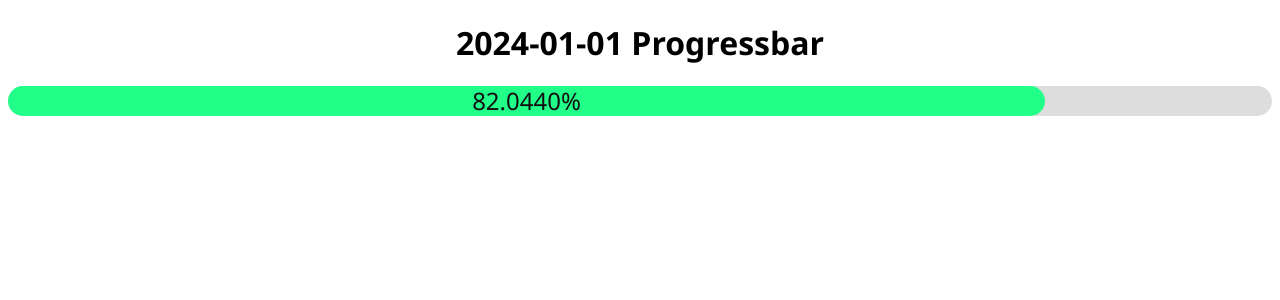
Repository: end888160/end888160.github.io
Page: progress_today.html
The author's editor kept a copy of each file at every save. The page is drawn from the files as they stood at one save, then again after the next save.
The browser window is 1280 px wide. The pictures show the whole page.

Above is the page before, as saved 2024-09-22 23:49:59.

### progress_today.html
<!DOCTYPE html>
<html>
	<title>Progressbar of today</title>
<style>
	html {
		font-family: 'Segoe UI', Tahoma, Geneva, Verdana, sans-serif;
	}
#countDownProgress {
	width: 100%;
	background-color: #ddd;
	border-radius: 1cm;
}

#countDownBar {
	width: 0%;
	height: 30px;
	background-color: #2f8;
	text-align: center;
	line-height: 30px;
	color: #111;
	border-radius:1cm;
	font-size: x-large;
	cursor: wait;
	transition:ease-out 0.33s;

}
	@media (prefers-color-scheme: dark) {
		#countDownProgress {
			background-color: #333;
		}
		#countDownBar {
			background-color: #496;
			color: #ddd;

		}
		html {
			color: #ddd;
			background-color: #222;
		}
	}
	@media only screen and (orientation: portrait) {
		#countDownBar {
			height: 50px;
			font-size: xx-large;
			padding-top: 2%;
		}
		#countDownBar2 {
			height: 60px;
			font-size: xx-large;
		}
	}
	@media only screen and (orientation: portrait) {
		.countDownBar {
			height: 50px;
			font-size: xx-large;
			padding-top: 2%;
		}
		h1 {
			font-size: 8vw;
		}
		h2 {
			font-size: 6vw;
		}
	}
</style>
<body>

<h1 id="caption" style="text-align: center;"></h1>

<div id="countDownProgress">
	<div id="countDownBar"></div>
</div>

<br>

<script>
	var i=0
function progress() {
	if (i == 0) {
		i = 1;
		var elem = document.getElementById("countDownBar");
		var width = 0;
		function frame() {
			var today = new Date();
			var year = today.getFullYear();
			var months = today.getMonth() + 1;
			var days = today.getDate();
			var month = months < 10 ? "0" + months : months;
			var day = days < 10 ? "0" + days : days;


			var empty = (new Date().getHours() * 3600000 + new Date().getMinutes() * 60000 + new Date().getSeconds() * 1000 + new Date().getMilliseconds())
			var full = 864000

			if (( empty / full ) >= 100) {
				clearInterval(id);
				i = 0;
			} else {
				document.getElementById("caption").innerHTML = year + "-" + month + "-" + day + " Progressbar";
				elem.style.width = ( empty / full ).toFixed(4) + "%";
				elem.innerHTML = ( empty / full ).toFixed(4)  + "%";
			}
		}

	setInterval(frame, 50);
	}

}
function count() {
	progress();
	setTimeout(count, 1)
}

count()
</script>

</body>
</html>

After the next save:
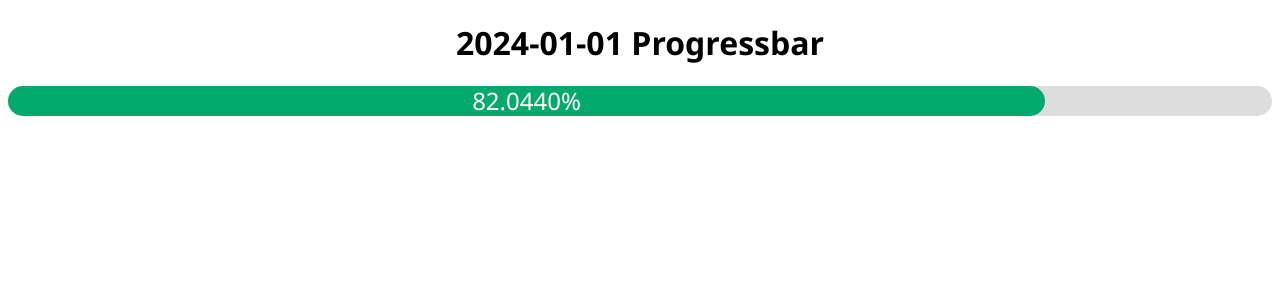
Saved 10 min 7 s later.
--- a/progress_today.html
+++ b/progress_today.html
@@ -1,74 +1,32 @@
 <!DOCTYPE html>
 <html>
-	<title>Progressbar of today</title>
 <style>
 	html {
 		font-family: 'Segoe UI', Tahoma, Geneva, Verdana, sans-serif;
 	}
 #countDownProgress {
-	width: 100%;
-	background-color: #ddd;
-	border-radius: 1cm;
+  width: 100%;
+  background-color: #ddd;
+  border-radius: 1cm;
 }
 
 #countDownBar {
-	width: 0%;
-	height: 30px;
-	background-color: #2f8;
-	text-align: center;
-	line-height: 30px;
-	color: #111;
-	border-radius:1cm;
-	font-size: x-large;
-	cursor: wait;
-	transition:ease-out 0.33s;
-
+  width: 10%;
+  height: 30px;
+  background-color: #04AA6D;
+  text-align: center;
+  line-height: 30px;
+  color: white;
+  border-radius:1cm;
+  font-size: x-large;
 }
-	@media (prefers-color-scheme: dark) {
-		#countDownProgress {
-			background-color: #333;
-		}
-		#countDownBar {
-			background-color: #496;
-			color: #ddd;
-
-		}
-		html {
-			color: #ddd;
-			background-color: #222;
-		}
-	}
-	@media only screen and (orientation: portrait) {
-		#countDownBar {
-			height: 50px;
-			font-size: xx-large;
-			padding-top: 2%;
-		}
-		#countDownBar2 {
-			height: 60px;
-			font-size: xx-large;
-		}
-	}
-	@media only screen and (orientation: portrait) {
-		.countDownBar {
-			height: 50px;
-			font-size: xx-large;
-			padding-top: 2%;
-		}
-		h1 {
-			font-size: 8vw;
-		}
-		h2 {
-			font-size: 6vw;
-		}
-	}
 </style>
 <body>
 
 <h1 id="caption" style="text-align: center;"></h1>
 
 <div id="countDownProgress">
-	<div id="countDownBar"></div>
+  <div id="countDownBar"></div>
 </div>
 
 <br>
@@ -76,39 +34,30 @@
 <script>
 	var i=0
 function progress() {
-	if (i == 0) {
-		i = 1;
-		var elem = document.getElementById("countDownBar");
-		var width = 0;
-		function frame() {
-			var today = new Date();
-			var year = today.getFullYear();
-			var months = today.getMonth() + 1;
-			var days = today.getDate();
-			var month = months < 10 ? "0" + months : months;
-			var day = days < 10 ? "0" + days : days;
-
-
-			var empty = (new Date().getHours() * 3600000 + new Date().getMinutes() * 60000 + new Date().getSeconds() * 1000 + new Date().getMilliseconds())
-			var full = 864000
-
-			if (( empty / full ) >= 100) {
-				clearInterval(id);
-				i = 0;
-			} else {
-				document.getElementById("caption").innerHTML = year + "-" + month + "-" + day + " Progressbar";
-				elem.style.width = ( empty / full ).toFixed(4) + "%";
-				elem.innerHTML = ( empty / full ).toFixed(4)  + "%";
-			}
-		}
+	var countDownTarget = new Date().getFullYear() + 1;
+  if (i == 0) {
+    i = 1;
+    var elem = document.getElementById("countDownBar");
+    var width = 0;
+    function frame() {
+      document.getElementById("caption").innerHTML = new Date().getFullYear() + "-" + ((new Date().getMonth()+1) < 10 ? "0" + (new Date().getMonth()+1) : (new Date().getMonth()+1)) + "-" + (new Date().getDate() < 10 ? "0" + new Date().getDate() : new Date().getDate()) + " Progressbar";
+      if (((new Date().getTime() - new Date("Jan 1, " + ( countDownTarget - 1) + " 00:00:00")) / ( new Date("Jan 1, " + countDownTarget + " 00:00:00").getTime() - new Date("Jan 1, " + ( countDownTarget - 1) + " 00:00:00")) * 100).toFixed(8) >= 100) {
+        clearInterval(id);
+        i = 0;
+      } else {
+        elem.style.width = ((new Date().getHours() * 3600000 + new Date().getMinutes() * 60000 + new Date().getSeconds() * 1000 + new Date().getMilliseconds()) / 864000).toFixed(4) + "%";
+        elem.innerHTML = ((new Date().getHours() * 3600000 + new Date().getMinutes() * 60000 + new Date().getSeconds() * 1000 + new Date().getMilliseconds()) / 864000).toFixed(4)  + "%";
+      }
+    }
 
 	setInterval(frame, 50);
-	}
+  }
 
 }
 function count() {
 	progress();
 	setTimeout(count, 1)
+
 }
 
 count()
